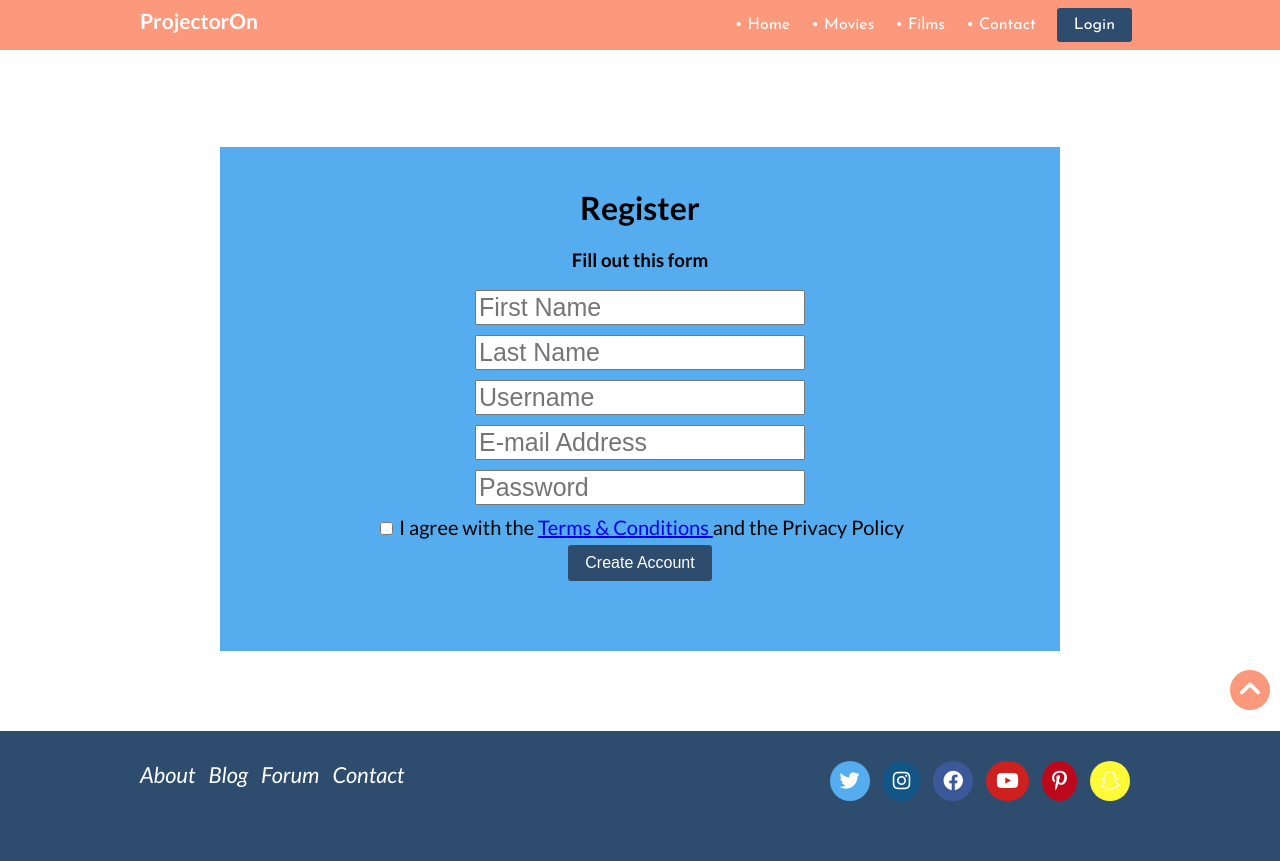
Repository: albayrakfatih/ProjectorOn_WebMovieApp
Page: register.html
These files come from the project's save history. The page is drawn as it stood at one moment and after a run of saves; the edit follows.
The browser window is 1280 px wide. The pictures show the whole page.
Some web libraries are served in a nearby version.

Above is the page before, as saved 2023-04-30 01:59:27.

After the next 3 saves:
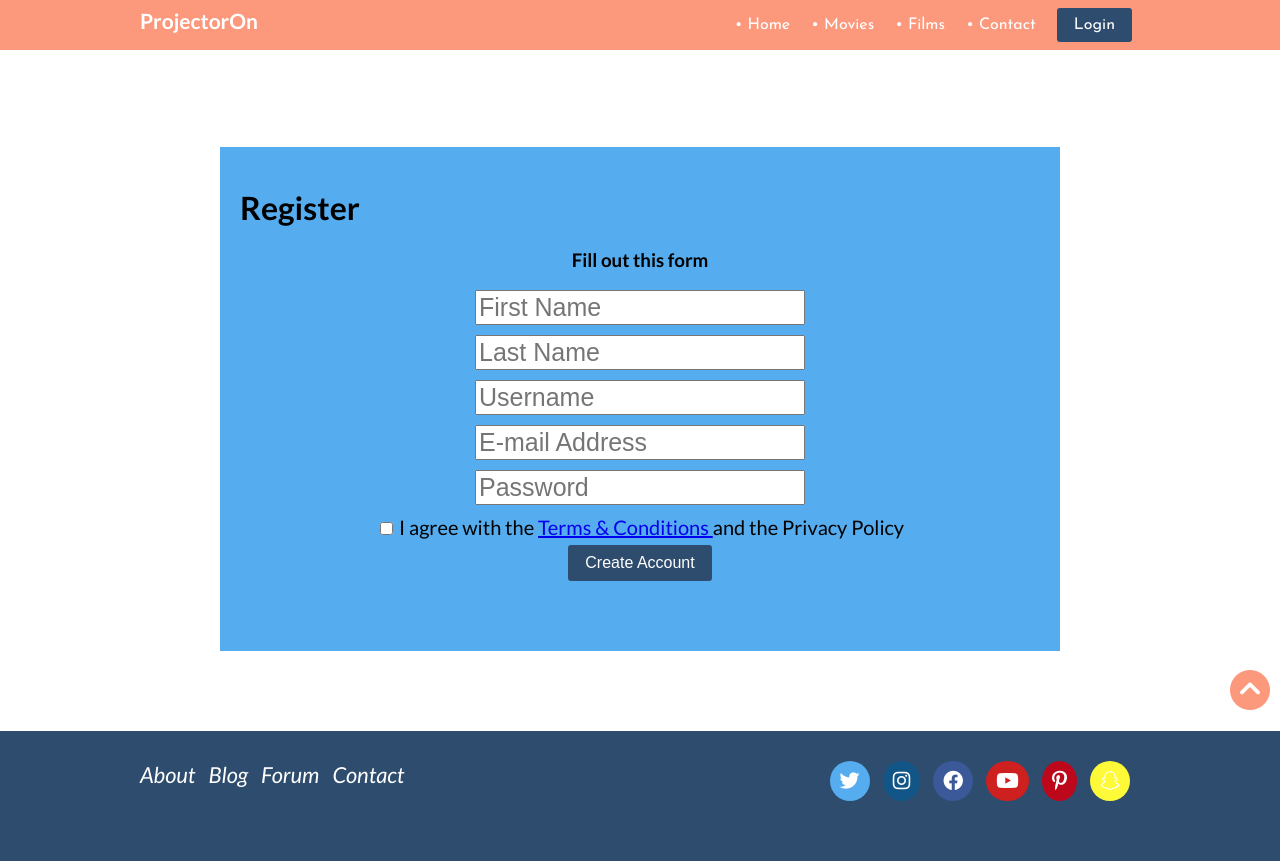
The 3 saves are shown as one change because they came seconds apart.
The last was saved 42 s later.
--- a/css/styles.css
+++ b/css/styles.css
@@ -390,6 +390,7 @@
 .signup-form {
     text-align: center;
 }
+.register-card
 .register-card h1,h3 {
     text-align: center;
 }

After the 3 saves that followed:
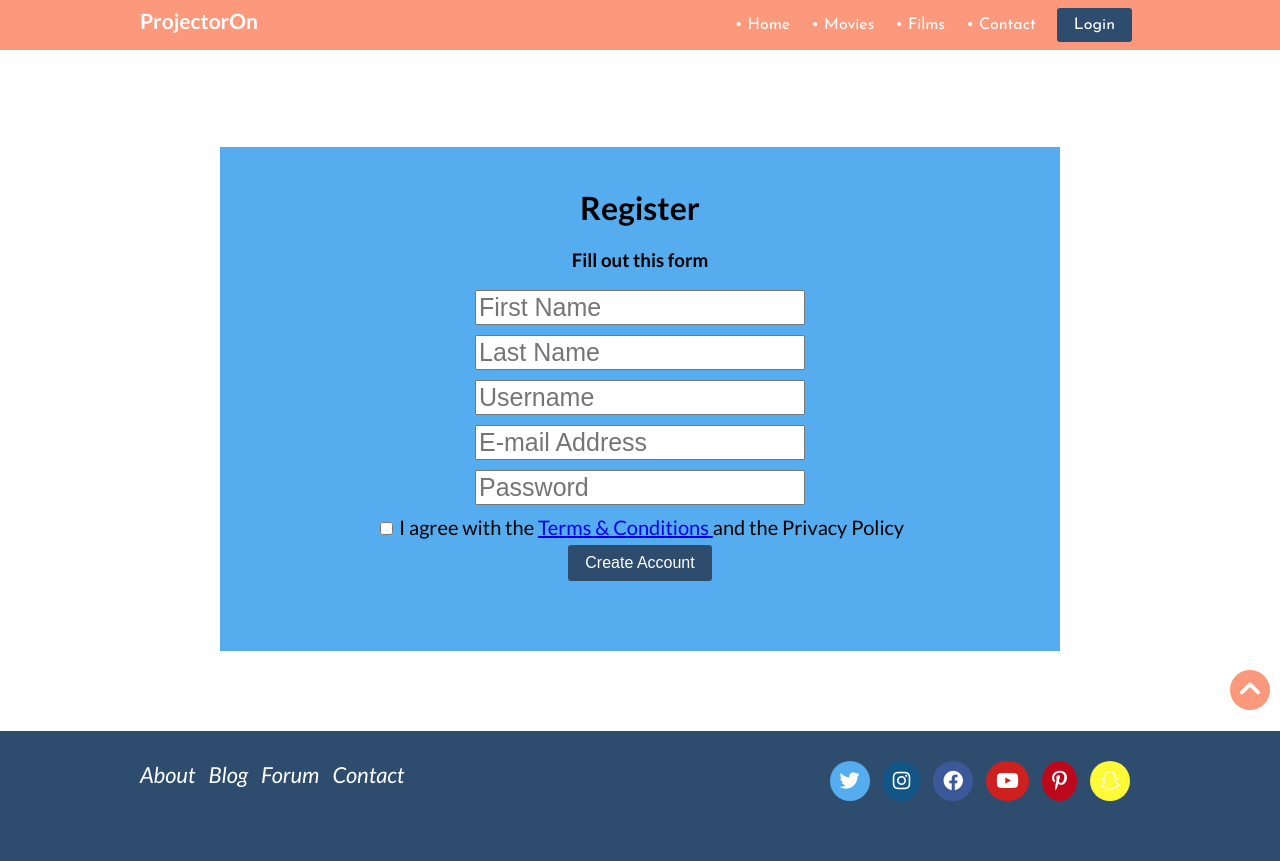
The 3 saves are shown as one change because they came seconds apart.
The last was saved 11 s later.
--- a/css/styles.css
+++ b/css/styles.css
@@ -390,7 +390,9 @@
 .signup-form {
     text-align: center;
 }
-.register-card
+.register-card h1 {
+    font-size: ;
+}
 .register-card h1,h3 {
     text-align: center;
 }
